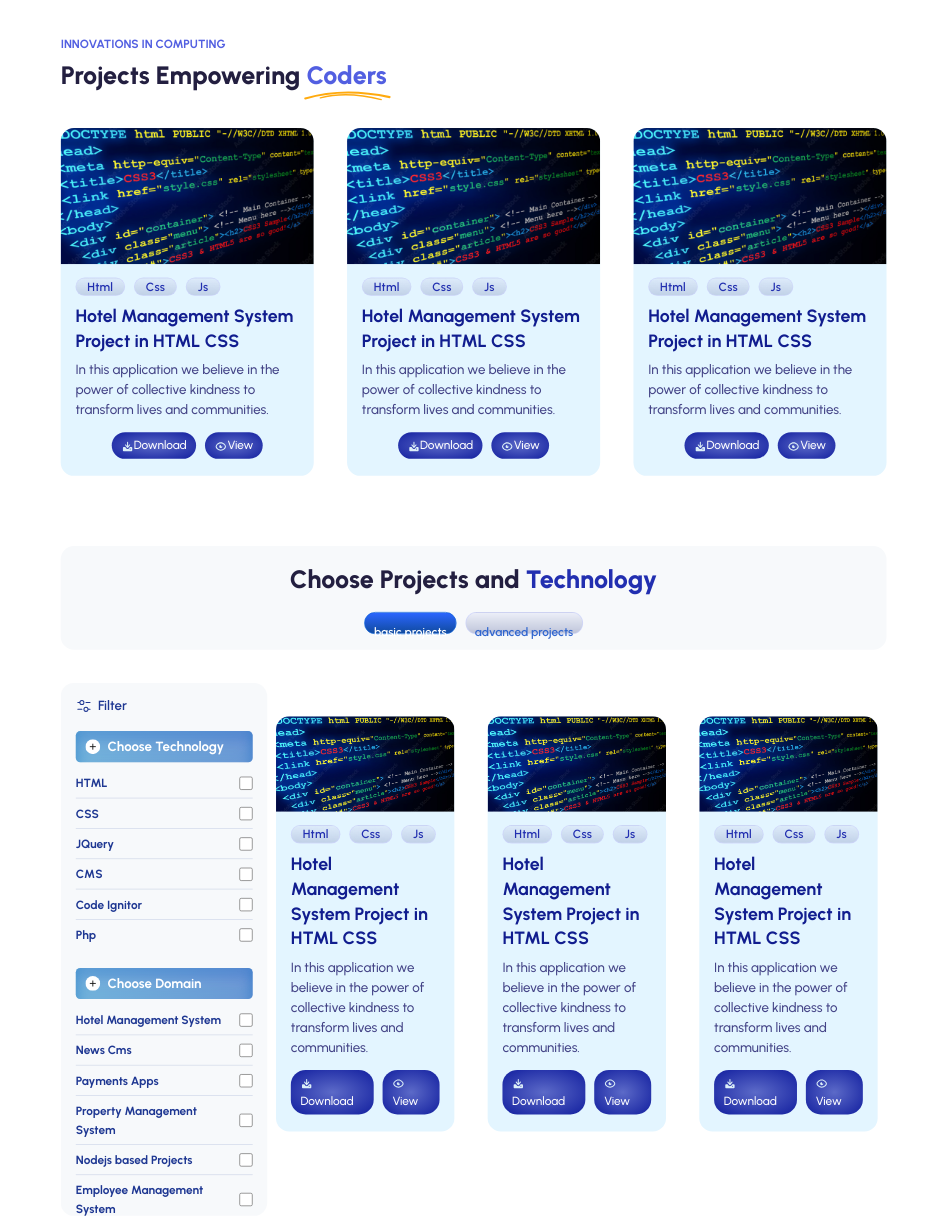
Repository: sharma171/jtccreativeideas
Page: /newsection (app in nextjssite/)
The author's editor kept a copy of each file at every save. The page is drawn from the files as they stood at one save, then again after a run of saves.
The browser window is 1280 px wide. The pictures show the whole page, at 74% of full size.
The project was rebuilt for these pictures with package versions that can differ from the ones it lists, and the page was loaded fresh each time. The framework's server and built-in components were replaced by stand-ins that run in the browser. Also part of the build but not shown: nextjssite/next.config.mjs.

Above is the page before, as saved 2024-03-30 18:40:17.

After the next 2 saves:
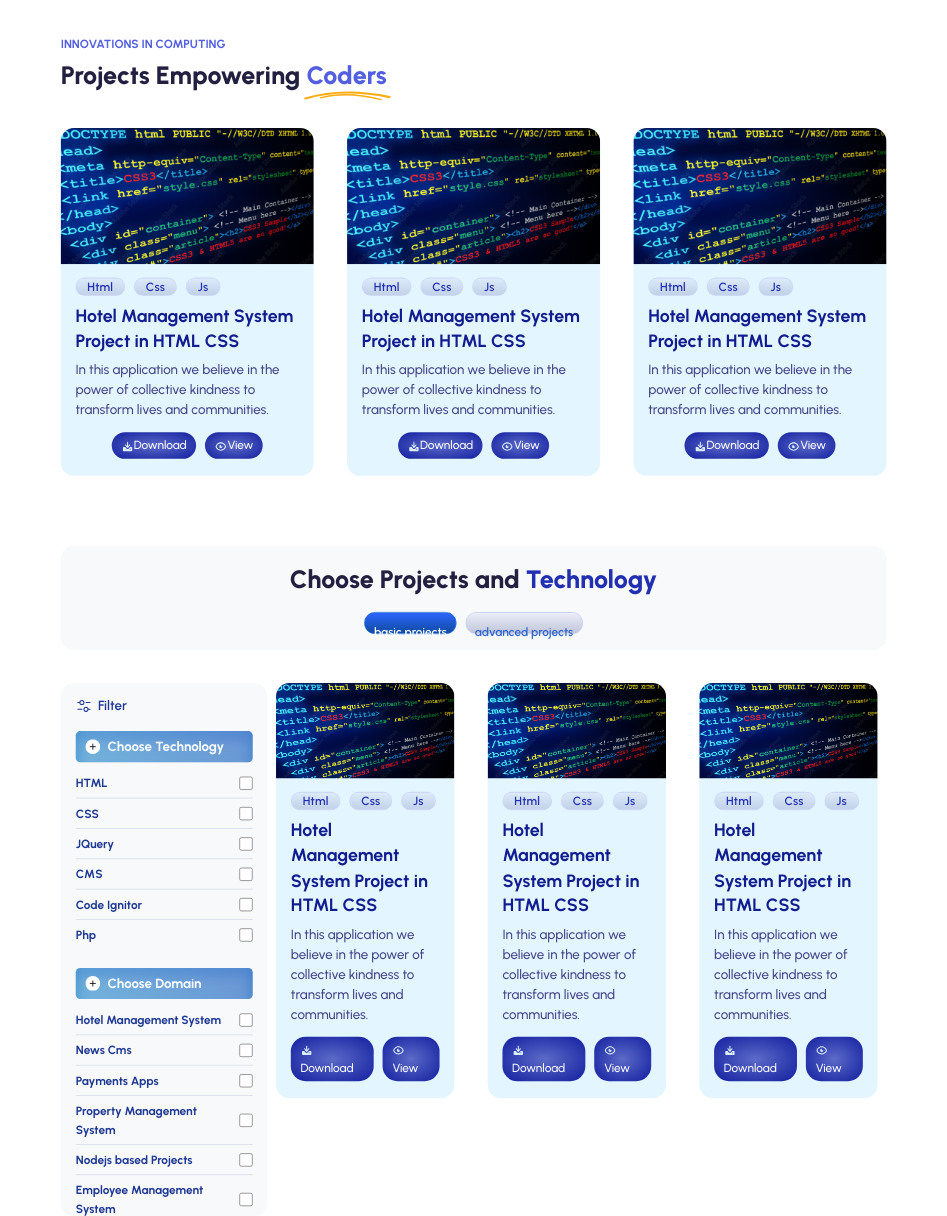
The 2 saves are shown as one change because they came seconds apart.
The last was saved 45 s later.
--- a/nextjssite/src/app/newsection/page.css
+++ b/nextjssite/src/app/newsection/page.css
@@ -392,6 +392,9 @@ section.projects {
 .ecompad{
     padding: 0 12px;
 }
+.ecom-content .project-cards {
+    margin-top: 0;
+}
 .ecom-filter::-webkit-scrollbar{width:.0em;height:.0em; border-radius: 10px}
 *::-webkit-scrollbar{width:.6em;height:.1em; border-radius: 10px}
 *::-webkit-scrollbar-track{-webkit-box-shadow:inset 0 0 6px transparent}
